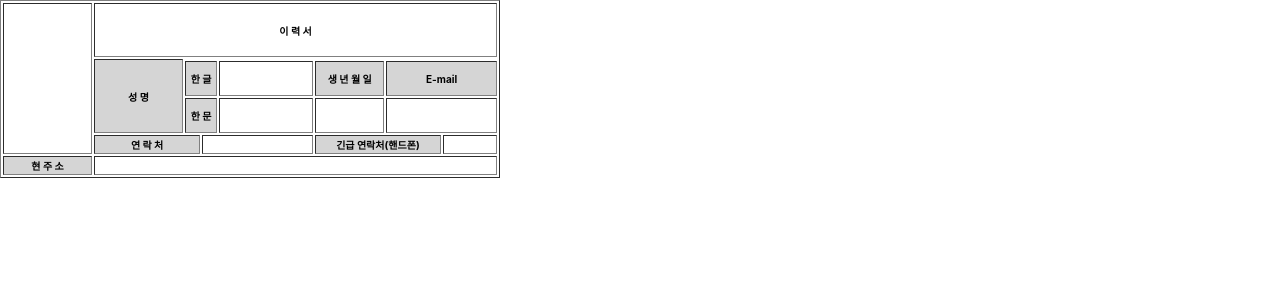
Repository: jiyeonyun/Resume
Page: / (app in resumes/)
An editor plug-in stored every save of this project. The page is shown before and after the next save, followed by the edit.
The browser window is 1280 px wide. The pictures show the whole page.
The project was rebuilt for these pictures with package versions that can differ from the ones it lists, and the page was loaded fresh each time. Also part of the build but not shown: resumes/src/data/edudata.js, resumes/src/components/educationalHIstory/educational.jsx, resumes/src/components/footer/footer.jsx.

Above is the page before, as saved 2022-05-25 15:40:19.

### resumes/src/App.jsx
import { useState } from "react";
import styles from "./App.module.css";
import Educational from "./components/educationalHIstory/educational";
import Footer from "./components/footer/footer";
import PersonalInfo from "./components/personalInfo/personalInfo";
function App() {
  const [personalInfoData, setPersonalInfoData] = useState({
    name: "홍길동",
    birth: "1998-03-18",
    adress: "서울특별시 영등포구",
    email: "jyyun@zentropy.com",
    number: "010-2055-7663",
  });
  return (
    <div className="App">
      <PersonalInfo />
    </div>
  );
}

export default App;

### resumes/src/App.module.css
* {
  font-size: 10px;
}

### resumes/src/components/personalInfo/personalInfo.jsx
import React from "react";

const PersonalInfo = ({ personalInfoData }) => {
  return (
    <table border="1" width="500">
      <tr>
        <td rowspan="5" width="85" height="113">
          <img src="" alt="" />
        </td>
        <th colspan="9" height="50">
          <font size="5">이 력 서</font>
        </th>
      </tr>
      <tr>
        <th rowspan="3" width="85" height="70" bgcolor="D5D5D5">
          성 명
        </th>
      </tr>
      <tr>
        <th colspan="2" bgcolor="D5D5D5">
          한 글
        </th>
        <td width="90"></td>
        <th bgcolor="D5D5D5">생 년 월 일</th>
        <th colspan="2" width="80" bgcolor="D5D5D5">
          E-mail
        </th>
      </tr>
      <tr>
        <th colspan="2" bgcolor="D5D5D5">
          {" "}
          한 문
        </th>
        <td></td>
        <td></td>
        <td colspan="2"></td>
      </tr>
      <tr>
        <th colspan="2" width="50" bgcolor="D5D5D5">
          연 락 처
        </th>
        <td colspan="2"></td>
        <th colspan="2" width="50" bgcolor="D5D5D5">
          긴급 연락처(핸드폰)
        </th>
        <td colspan="2"></td>
      </tr>
      <tr>
        <th bgcolor="D5D5D5">현 주 소</th>
        <td colspan="8"></td>
      </tr>
    </table>
  );
};

export default PersonalInfo;

Loaded but not shown: resumes/public/index.html (common file); resumes/src/index.js (common file); resumes/src/index.css (common file); resumes/src/reportWebVitals.js (common file)

After the next save:
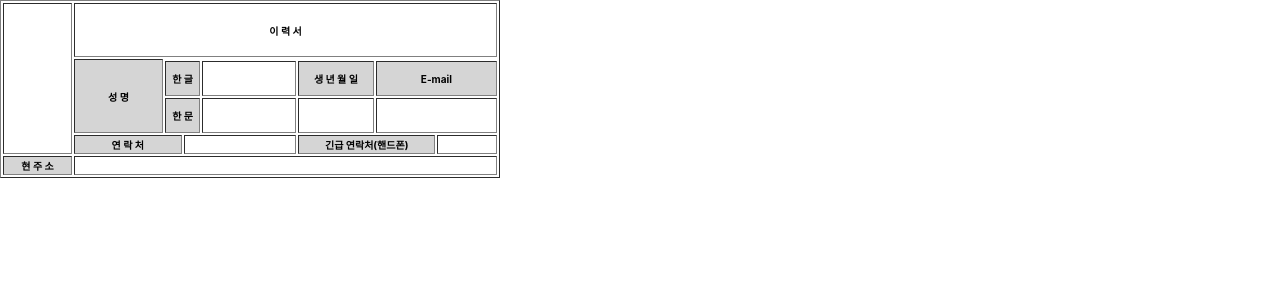
Saved 21 s later.
--- a/resumes/src/components/personalInfo/personalInfo.jsx
+++ b/resumes/src/components/personalInfo/personalInfo.jsx
@@ -4,7 +4,7 @@
   return (
     <table border="1" width="500">
       <tr>
-        <td rowspan="5" width="85" height="113">
+        <td rowspan="5" width="65" height="93">
           <img src="" alt="" />
         </td>
         <th colspan="9" height="50">

After the save that followed:
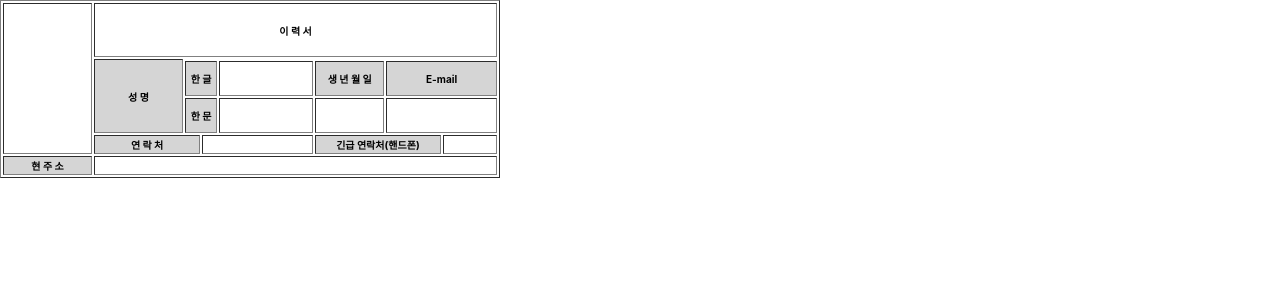
Saved 5 s later.
--- a/resumes/src/components/personalInfo/personalInfo.jsx
+++ b/resumes/src/components/personalInfo/personalInfo.jsx
@@ -4,7 +4,7 @@
   return (
     <table border="1" width="500">
       <tr>
-        <td rowspan="5" width="65" height="93">
+        <td rowspan="5" width="85" height="113">
           <img src="" alt="" />
         </td>
         <th colspan="9" height="50">
